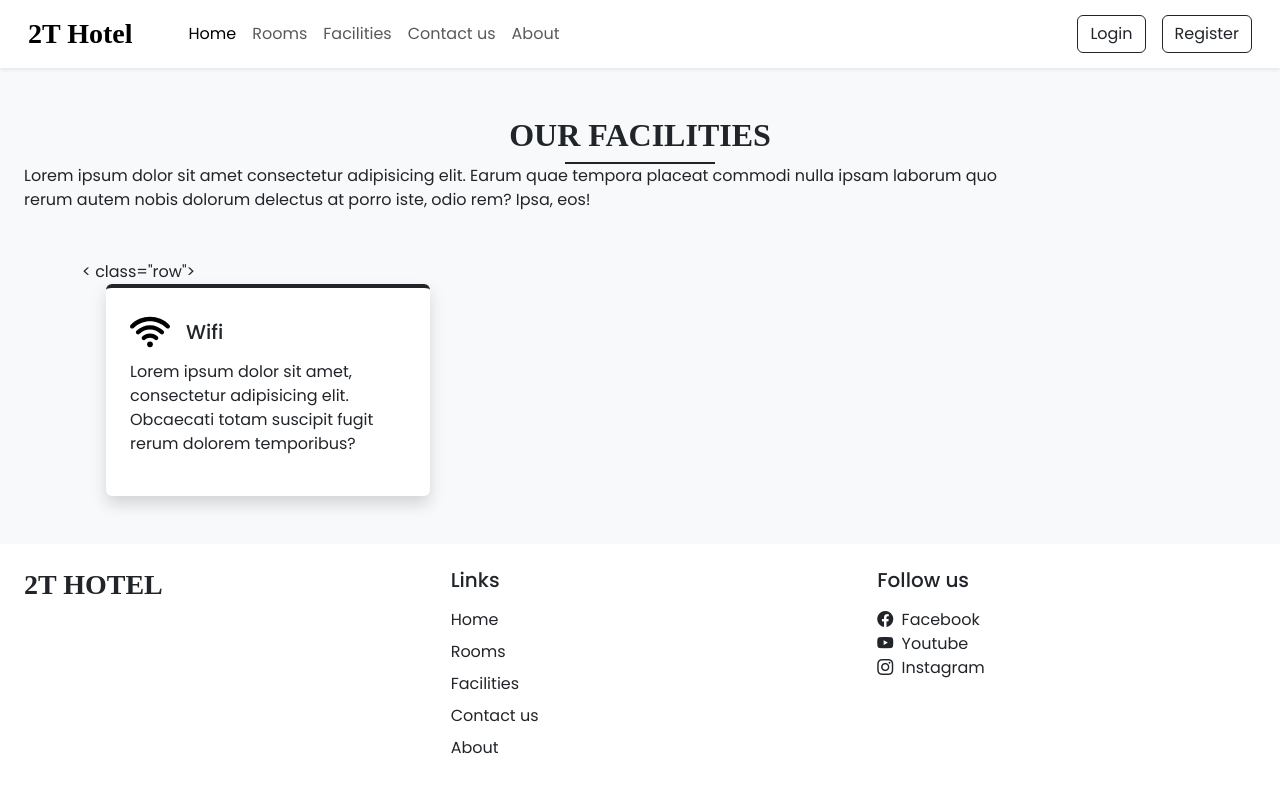
Repository: TaTongThanh2003/DoAnCoSo2024_BookingHotelWebsite
Page: http://localhost/facilities.php
An editor plug-in stored every save of this project. The page is shown before and after the next save, followed by the edit.
The browser window is 1280 px wide. The pictures show the whole page.
Some web fonts or font styles are not loaded; a fallback is used. The page is run by PHP 8.4 with error messages shown; the project is at /var/www/html/.

Above is the page before, as saved 2024-03-17 16:32:29.

### WebsiteBookingHotel/facilities.php
<!DOCTYPE html>
<html lang="en">

<head>
    <meta charset="UTF-8">
    <meta http-equiv="X-UA-Compatible" content="IE-edge">
    <meta name="viewport" content="width=device-width, initial-scale=1.0">
    <title>2T Hotel - FACILITIES</title>
    <?php require('inc/links.php'); ?>
    <link rel="stylesheet" href="https://cdn.jsdelivr.net/npm/swiper@11/swiper-bundle.min.css" />
    <style>
    @media screen and (max-width: 575px) {
        .availability-form {
            margin: 25px;
            padding: 0 35px;
        }
    }
    </style>
</head>

<body class="bg-light">
    <?php require('inc/header.php'); ?>

    <div class="my-5 px-4">
        <h2 class="fw-bold h-font text-center">OUR FACILITIES</h2>
        <div class="h-line bg-dark"></div>
        <p>Lorem ipsum dolor sit amet consectetur adipisicing elit. Earum quae tempora placeat commodi nulla ipsam
            laborum quo <br> rerum autem nobis dolorum delectus at porro iste, odio rem? Ipsa, eos!</p>
    </div>
    <div class="container">
        < class="row">
            <div class="col-lg-4 col-md-6 mb-5 px-4">
                <div class="bg-white rounded shadow p-4 border-top border-4 border-dark">
                    <div class="d-flex align-items-center mb-2">
                        <img src="images/features/wifi.svg" alt="" width="40px">
                        <h5 class="m-0 ms-3">Wifi</h5>
                    </div>
                    <p>Lorem ipsum dolor sit amet, consectetur adipisicing elit. Obcaecati totam suscipit fugit rerum
                        dolorem temporibus?</p>
                </div>
            </div>
    </div>
    </div>
    <!-- footer -->
    <?php require('inc/footer.php'); ?>




    <!-- <script src="https://cdn.jsdelivr.net/npm/swiper@11/swiper-bundle.min.js"></script>
    <script src="https://cdn.jsdelivr.net/npm/bootstrap@5.3.3/dist/js/bootstrap.bundle.min.js"
        integrity="sha384-YvpcrYf0tY3lHB60NNkmXc5s9fDVZLESaAA55NDzOxhy9GkcIdslK1eN7N6jIeHz" crossorigin="anonymous">
    </script> -->
    <!-- <script>
    var swiper = new Swiper(".swiper-container", {
        spaceBetween: 30,
        effect: "fade",
        loop: true,
        autoplay: {
            delay: 3500,
            disableOnInteraction: false,
        }
    });
    var swiper = new Swiper(".swiper-testimonials", {
        effect: "coverflow",
        grabCursor: true,
        centeredSlides: true,
        slidesPerView: "auto",
        slidesPerView: "3",
        loop: true,
        coverflowEffect: {
            rotate: 50,
            stretch: 0,
            depth: 100,
            modifier: 1,
            slideShadows: false,
        },
        pagination: {
            el: ".swiper-pagination",
        },
        breakpoints: {
            320: {
                slidesPerView: 1,
            },
            640: {
                slidesPerView: 1,
            },
            768: {
                slidesPerView: 2,
            },
            1024: {
                slidesPerView: 3,
            },
        }
    });
    </script> -->
</body>

</html>

### WebsiteBookingHotel/inc/links.php
<link href="https://cdn.jsdelivr.net/npm/bootstrap@5.3.3/dist/css/bootstrap.min.css" rel="stylesheet"
    integrity="sha384-QWTKZyjpPEjISv5WaRU9OFeRpok6YctnYmDr5pNlyT2bRjXh0JMhjY6hW+ALEwIH" crossorigin="anonymous">
<link href="https://fonts.googleapis.com/css2?family=Merienda:wght@400;700&family=Poppins:wght@400;500;600&display=swap"
    rel="stylesheet">
<link rel="stylesheet" href="https://cdn.jsdelivr.net/npm/bootstrap-icons@1.11.3/font/bootstrap-icons.min.css">
<link rel="stylesheet" href="css/common.css">

### WebsiteBookingHotel/inc/header.php
<nav class="navbar navbar-expand-lg navbar-light bg-white px-lg-3 py-lg-2 shadow-sm sticky-top">
    <div class="container-fluid">
        <a class="navbar-brand me-5 fw-bold fs-3 h-font" href="index.php">2T Hotel</a>
        <button class="navbar-toggler shadow-none" type="button" data-bs-toggle="collapse"
            data-bs-target="#navbarSupportedContent" aria-controls="navbarSupportedContent" aria-expanded="false"
            aria-label="Toggle navigation">
            <span class="navbar-toggler-icon"></span>
        </button>
        <div class="collapse navbar-collapse" id="navbarSupportedContent">
            <ul class="navbar-nav me-auto mb-2 mb-lg-0">
                <li class="nav-item">
                    <a class="nav-link active" aria-current="page" href="index.php">Home</a>
                </li>
                <li class="nav-item">
                    <a class="nav-link" href="#">Rooms</a>
                </li>
                <li class="nav-item">
                    <a class="nav-link" href="facilities.php">Facilities</a>
                </li>
                <li class="nav-item">
                    <a class="nav-link" href="#">Contact us</a>
                </li>
                <li class="nav-item">
                    <a class="nav-link" href="#">About</a>
                </li>
            </ul>
            <div class="d-flex">
                <button type="button" class="btn btn-outline-dark shadow-none me-lg-3 me-2" data-bs-toggle="modal"
                    data-bs-target="#loginModal">
                    Login
                </button>
                <button type="button" class="btn btn-outline-dark shadow-none " data-bs-toggle="modal"
                    data-bs-target="#registerModal">
                    Register
                </button>
            </div>
        </div>
    </div>
</nav>

<!-- login -->
<div class="modal fade" id="loginModal" data-bs-backdrop="static" data-bs-keyboard="false" tabindex="-1"
    aria-labelledby="staticBackdropLabel" aria-hidden="true">
    <div class="modal-dialog">
        <div class="modal-content">
            <form>
                <div class="modal-header">
                    <h5 class="modal-title d-flex align-item-center">
                        <i class="bi bi-person-circle fs-5 me-2"></i> User login
                    </h5>
                    <button type="reset" class="btn-close shadow-none" data-bs-dismiss="modal"
                        aria-label="Close"></button>
                </div>
                <div class="modal-body">
                    <div class="mb-3">
                        <label class="form-label">Email address</label>
                        <input type="email" class="form-control shadow-none">
                    </div>
                    <div class="mb-4">
                        <label class="form-label">Password</label>
                        <input type="password" class="form-control shadow-none">
                    </div>
                    <div class="d-flex align-items-center justify-content-between mb-2">
                        <button type="submit" class="btn btn-dark shadow-none">LOGIN</button>
                        <a href="javascript: void(0)" class="text-secondary text-decoration-none">Forgot
                            Password?</a>
                    </div>
                </div>
            </form>
        </div>
    </div>
</div>

<!-- Register -->
<div class="modal fade" id="registerModal" data-bs-backdrop="static" data-bs-keyboard="false" tabindex="-1"
    aria-labelledby="staticBackdropLabel" aria-hidden="true">
    <div class="modal-dialog modal-lg">
        <div class="modal-content">
            <form>
                <div class="modal-header">
                    <h5 class="modal-title d-flex align-item-center">
                        <i class="bi bi-person-lines-fill fs-5 me-2"></i>
                        User Registration
                    </h5>
                    <button type="reset" class="btn-close shadow-none" data-bs-dismiss="modal"
                        aria-label="Close"></button>
                </div>
                <div class="modal-body">
                    <span class="badge rounded-pill bg-light text-dark mb-3 text-wrap lh-base">
                        Note: Your details must match with your ID (Aadhar card, passport, driving license, etc.)
                        that will be required dring check-in.
                    </span>
                    <div class="container-fluid">
                        <div class="row">
                            <!-- Name -->
                            <div class="col-md-6 ps-0 mb-3">
                                <label class="form-label">Name</label>
                                <input type="text" class="form-control shadow-none">
                            </div>
                            <!-- Email -->
                            <div class="col-md-6 p-0 mb-3">
                                <label class="form-label">Email</label>
                                <input type="email" class="form-control shadow-none">
                            </div>
                            <!-- Phone Number -->
                            <div class="col-md-6 ps-0 mb-3">
                                <label class="form-label">Phone Number</label>
                                <input type="number" class="form-control shadow-none">
                            </div>
                            <!-- Picture -->
                            <div class="col-md-6 p-0 mb-3">
                                <label class="form-label">Picture</label>
                                <input type="file" class="form-control shadow-none">
                            </div>
                            <!-- Address -->
                            <div class="col-md-12 p-0 mb-3">
                                <label class="form-label">Address</label>
                                <textarea class="form-control shadow-none" rows="1"></textarea>
                            </div>
                            <!-- Pincode -->
                            <div class="col-md-6 ps-0 mb-3">
                                <label class="form-label">Pincode</label>
                                <input type="number" class="form-control shadow-none">
                            </div>
                            <!-- Date of birth -->
                            <div class="col-md-6 p-0 mb-3">
                                <label class="form-label">Date of birth</label>
                                <input type="date" class="form-control shadow-none">
                            </div>
                            <!-- Password -->
                            <div class="col-md-6 ps-0 mb-3">
                                <label class="form-label">Password</label>
                                <input type="password" class="form-control shadow-none">
                            </div>
                            <!-- Comfirm Password -->
                            <div class="col-md-6 p-0 mb-3">
                                <label class="form-label">Comfirm Password</label>
                                <input type="password" class="form-control shadow-none">
                            </div>
                        </div>
                    </div>
                    <div class="text-center my-1">
                        <button type="submit" class="btn btn-dark shadow-none">REGISTER</button>
                    </div>
                </div>
            </form>
        </div>
    </div>
</div>

### WebsiteBookingHotel/inc/footer.php
<div class="container-fluid bg-white mt-5">
    <div class="row">
        <div class="col-lg-4 p-4">
            <h3 class="h-font fw-bold fs-3">2T HOTEL</h3>
            <p>

            </p>
        </div>
        <div class="col-lg-4 p-4">
            <h5 class="mb-3">Links</h5>
            <a href="#" class="d-inline-block mb-2 text-dark text-decoration-none">Home</a><br>
            <a href="#" class="d-inline-block mb-2 text-dark text-decoration-none">Rooms</a><br>
            <a href="#" class="d-inline-block mb-2 text-dark text-decoration-none">Facilities</a><br>
            <a href="#" class="d-inline-block mb-2 text-dark text-decoration-none">Contact us</a><br>
            <a href="#" class="d-inline-block mb-2 text-dark text-decoration-none">About</a>
        </div>
        <div class="col-lg-4 p-4">
            <h5 class="mb-3">Follow us</h5>
            <a href="#" class="d-inline-block text-dark text-decoration-none md-2">
                <i class="bi bi-facebook me-1"></i> Facebook
            </a><br>
            <a href="#" class="d-inline-block text-dark text-decoration-none md-2">
                <i class="bi bi-youtube me-1"></i> Youtube
            </a><br>
            <a href="#" class="d-inline-block text-dark text-decoration-none ">
                <i class="bi bi-instagram me-1"></i> Instagram
            </a><br>
        </div>
    </div>
</div>

### WebsiteBookingHotel/css/common.css
:root{
    --teal: #2ec1ac;
    --teal_hover: #279e8c;
}

* {
    font-family: 'Poppins', sans-serif;
}

.h-font {
    font-family: 'Merienda', cursive;
}

input::-webkit-outer-spin-button,
input::-webkit-inner-spin-button {
    -webkit-appearance: none;
    margin: 0;
}

/* input[type=number] {
    -moz-appearance: textfield;
} */

.custom-bg {
    background-color: var(--teal);
    border: 1px solid var(--teal);
}

.custom-bg:hover {
    background-color: var(--teal_hover);
    border-color: var(--teal_hover);
}

.availability-form {
    margin-top: -50px;
    z-index: 2;
    position: relative;
}
.h-line{
    width: 150px ;
    margin: 0 auto;
    height: 1.7px;
}

### WebsiteBookingHotel/images/facilities/Wifi.svg
<?xml version="1.0" encoding="iso-8859-1"?>
<!-- Generator: Adobe Illustrator 19.0.0, SVG Export Plug-In . SVG Version: 6.00 Build 0)  -->
<svg version="1.1" id="Capa_1" xmlns="http://www.w3.org/2000/svg" xmlns:xlink="http://www.w3.org/1999/xlink" x="0px" y="0px"
	 viewBox="0 0 494.45 494.45" style="enable-background:new 0 0 494.45 494.45;" xml:space="preserve">
<g>
	<g>
		<g>
			<path d="M395.225,277.325c-6.8,0-13.5-2.6-18.7-7.8c-71.4-71.3-187.4-71.3-258.8,0c-10.3,10.3-27.1,10.3-37.4,0
				s-10.3-27.1,0-37.4c92-92,241.6-92,333.6,0c10.3,10.3,10.3,27.1,0,37.4C408.725,274.725,401.925,277.325,395.225,277.325z"/>
		</g>
		<g>
			<path d="M323.625,348.825c-6.8,0-13.5-2.6-18.7-7.8c-15.4-15.4-36-23.9-57.8-23.9s-42.4,8.5-57.8,23.9
				c-10.3,10.3-27.1,10.3-37.4,0c-10.3-10.3-10.3-27.1,0-37.4c25.4-25.4,59.2-39.4,95.2-39.4s69.8,14,95.2,39.5
				c10.3,10.3,10.3,27.1,0,37.4C337.225,346.225,330.425,348.825,323.625,348.825z"/>
		</g>
		<g>
			<circle cx="247.125" cy="398.925" r="35.3"/>
		</g>
		<g>
			<path d="M467.925,204.625c-6.8,0-13.5-2.6-18.7-7.8c-111.5-111.4-292.7-111.4-404.1,0c-10.3,10.3-27.1,10.3-37.4,0
				s-10.3-27.1,0-37.4c64-64,149-99.2,239.5-99.2s175.5,35.2,239.5,99.2c10.3,10.3,10.3,27.1,0,37.4
				C481.425,202.025,474.625,204.625,467.925,204.625z"/>
		</g>
	</g>
</g>
<g>
</g>
<g>
</g>
<g>
</g>
<g>
</g>
<g>
</g>
<g>
</g>
<g>
</g>
<g>
</g>
<g>
</g>
<g>
</g>
<g>
</g>
<g>
</g>
<g>
</g>
<g>
</g>
<g>
</g>
</svg>

After the next save:
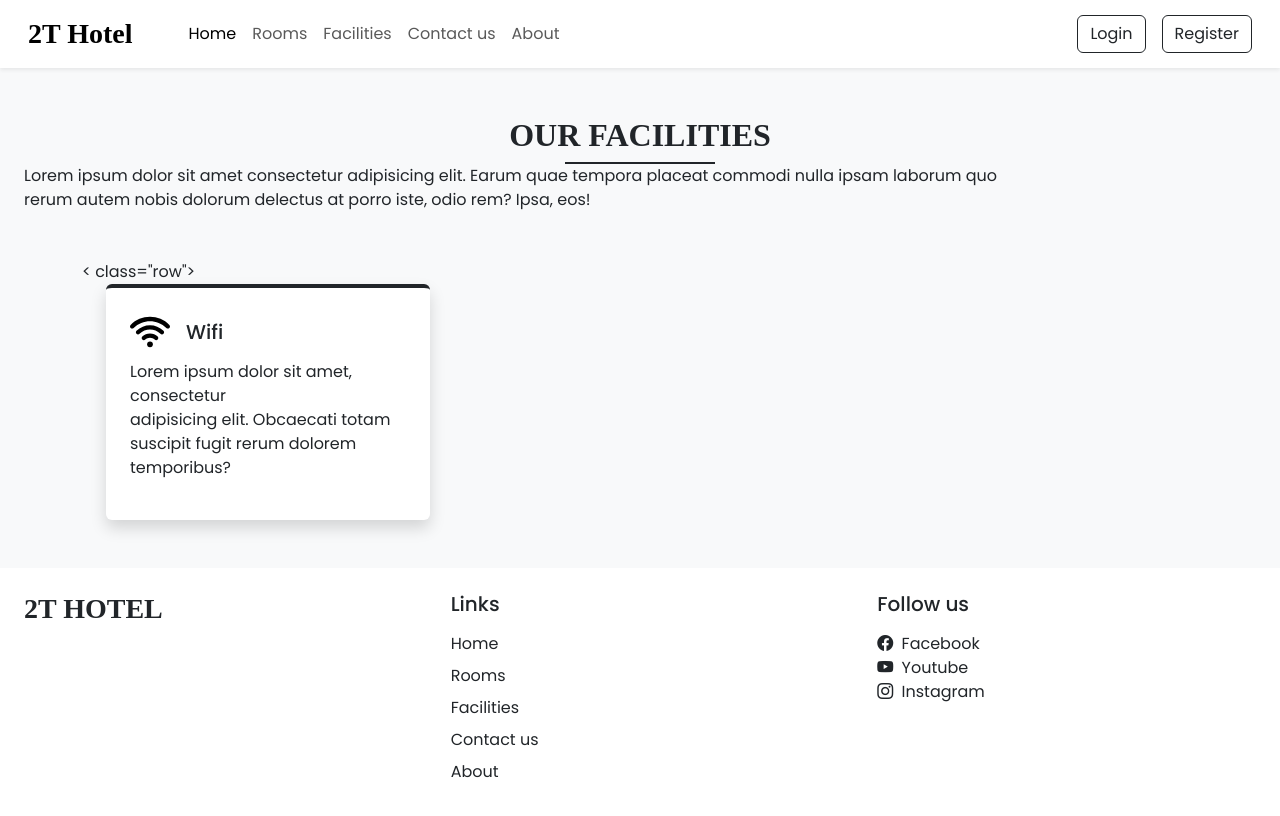
Saved 10 s later.
--- a/WebsiteBookingHotel/facilities.php
+++ b/WebsiteBookingHotel/facilities.php
@@ -35,7 +35,8 @@
                         <img src="images/features/wifi.svg" alt="" width="40px">
                         <h5 class="m-0 ms-3">Wifi</h5>
                     </div>
-                    <p>Lorem ipsum dolor sit amet, consectetur adipisicing elit. Obcaecati totam suscipit fugit rerum
+                    <p>Lorem ipsum dolor sit amet, consectetur <br> adipisicing elit. Obcaecati totam suscipit fugit
+                        rerum
                         dolorem temporibus?</p>
                 </div>
             </div>
